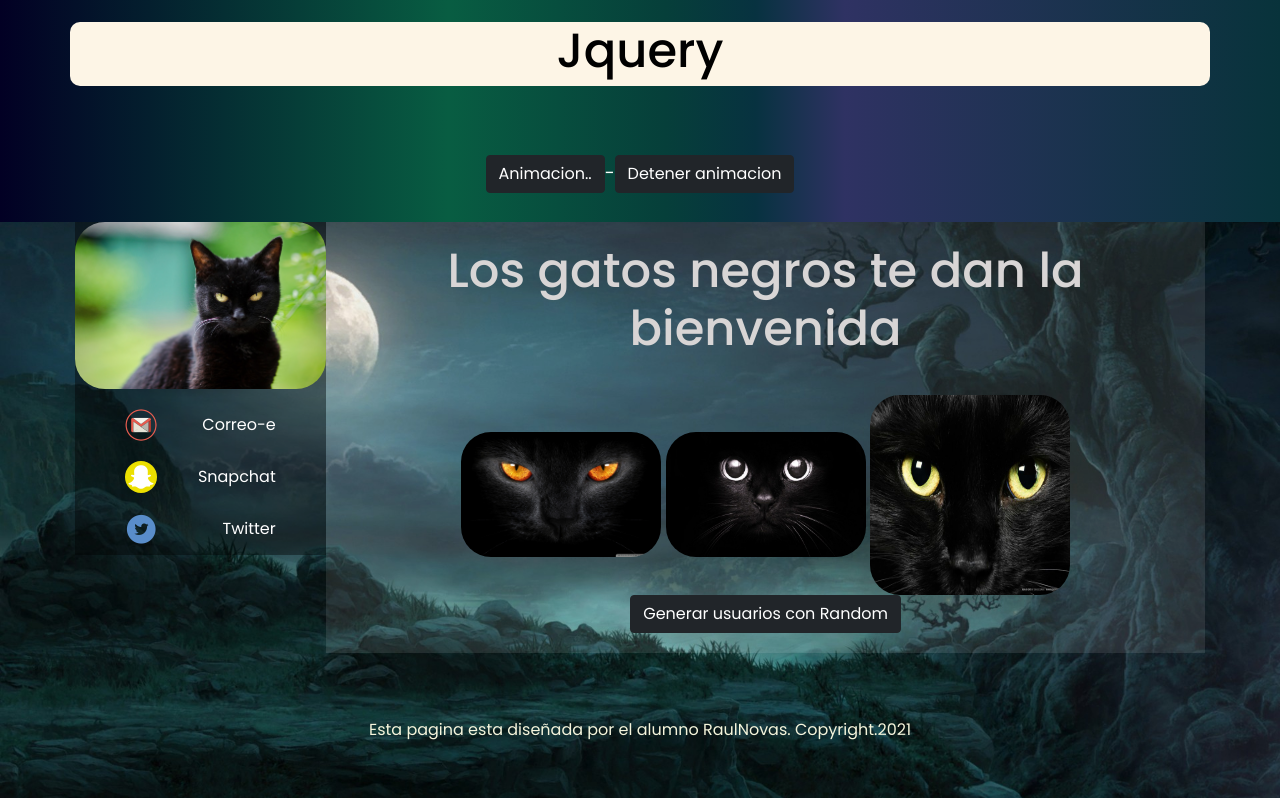
Repository: raul4264/final2
Page: index.html
An editor plug-in stored every save of this project. The page is shown before and after the next save, followed by the edit.
The browser window is 1280 px wide. The pictures show the whole page.

Above is the page before, as saved 2021-07-14 09:16:39.

### index.html
<!doctype html>
<html lang="es">

<head>

    <meta charset="utf-8">
    <meta name="viewport" content="width=device-width, initial-scale=1">


    <!-- Required meta tags -->
    <meta charset="utf-8">
    <meta name="viewport" content="width=device-width, initial-scale=1">

    <!-- Bootstrap CSS -->
    <link href="https://cdn.jsdelivr.net/npm/bootstrap@5.0.2/dist/css/bootstrap.min.css" rel="stylesheet" integrity="sha384-EVSTQN3/azprG1Anm3QDgpJLIm9Nao0Yz1ztcQTwFspd3yD65VohhpuuCOmLASjC" crossorigin="anonymous">
    <script src="https://code.jquery.com/jquery-3.6.0.min.js" integrity="sha256-/xUj+3OJU5yExlq6GSYGSHk7tPXikynS7ogEvDej/m4=" crossorigin="anonymous"></script>
    <link rel="preconnect" href="https://fonts.googleapis.com">
    <link rel="preconnect" href="https://fonts.gstatic.com" crossorigin>
    <link href="https://fonts.googleapis.com/css2?family=Poppins:wght@500&display=swap" rel="stylesheet">
    <link rel="preconnect" href="https://fonts.gstatic.com">
    <link href="https://fonts.googleapis.com/css2?family=Poppins:wght@400;700&display=swap" rel="stylesheet">
    <link href="https://fonts.googleapis.com/icon?family=Material+Icons" rel="stylesheet">

    <link rel="stylesheet" href="style.css">

    <title>raulNovas</title>
</head>


<body class="">
    <div class="container-fluid">

        <!--         <img src="java-script1.jpg" alt="prueba" height="200" />
    </div> -->

        <div class="container" id="cuerpo">
            <h1>Jquery</h1>

            <h2>

            </h2>

        </div>
        <br>

        <br>




        <div id="flip"><button type="button" class="btn btn-dark">Animacion..</button>-<button type="button" class="btn btn-dark" id="stop">Detener animacion</button> </div>
        <br>
        <div id="panel">
            <h2>Grabando en local storage</h2>
            <section id="cajaformulario" class="container-fluid">
                <form name="formulario">
                    <p>Clave:<br><input type="text" name="clave" id="clave"></p>
                    <p>Valor:<br><textarea name="text" id="texto"></textarea></p>
                    <p><input type="button" name="grabar" id="grabar" value="Grabar"></p>
                </form>


            </section>
            <div id="cajadatos" class="container-fluid mb-5">
                <p></p>
            </div>


            <!--     <div id="rule"><button type="button" class="btn btn-dark" id="dos">magia1</button><img src="/images/20210617_151220.jpg" width="200px"></div>

            <div id="java"><button type="button" class="btn btn-dark" id="dos">magia2</button><button type="button" class="btn btn-dark" id="tres">magia3</button>
                <img src="java-script1.jpg" alt="prueba" height="200" />
            </div> -->

            <div class="container">
                <!-- head -->
                <h2>Agenda de contactos</h2>
                <!-- formulario de datos -->
                <div class="formulario-datos">
                    <input type="text" class="nombre" placeholder="nombre">
                    <input type="text" class="numero" placeholder="numero">
                    <input type="text" class="direccion" placeholder="dirección">
                    <button class="btn-agregar-tarea">agregar tarea</button>

                    <!-- listado tareas -->
                    <div class="listado-tareas">


                    </div>
                </div>
            </div>


        </div>





    </div>






    <main class="container-fluid">

        <!-- Sidebar -->
        <aside class="lateral">
            <img src="images/black-cat.jpg" alt="Black Cats Rules!">


             <a href=" mailto:raulnovas4@gmail.com">
                <img src="images/mail.png" alt="Correo-e">
                <span>Correo-e</span>
            </a>
            <a href="https://www.snapchat.com/l/es/">
                <img src="images/snapchat.png" alt="Snapchat">
                <span>Snapchat</span>
            </a>
            <a href="https://twitter.com/home">
                <img src="images/twitter.png" alt="Twitter">
                <span>Twitter</span>
            </a>

        </aside>

        <!-- Contenido -->
        <section class="contenido">
            <h1>Los gatos negros te dan la bienvenida</h1>




            <!-- Thumbnails -->

                <img src="/images/cat1.jpg" width="200vw">
                <img src="/images/cat2.jpg" width="200vw" >
                <img src="/images/cat3.jpg" width="200vw" height="200vh" >

            <br>
            <button type="button" class="btn btn-dark" id="usuarios">Generar usuarios con Random</button>
        </section>

        <footer class="mt-4">
            <p>Esta pagina esta diseñada por el alumno RaulNovas. Copyright.2021</p>

        </footer>
    </main>








    <script src="https://cdn.jsdelivr.net/npm/bootstrap@5.0.1/dist/js/bootstrap.bundle.min.js" integrity="sha384-gtEjrD/SeCtmISkJkNUaaKMoLD0//ElJ19smozuHV6z3Iehds+3Ulb9Bn9Plx0x4" crossorigin="anonymous">
    </script>

    <script src="funciones.js"></script>
    <script src="clasecuatro.js"></script>
</body>

</html>

### style.css
* {
    margin: 0;
    padding: 0;
}

body {
    background: linear-gradient(90deg, rgba(2, 0, 36, 1) 0%, rgba(8, 93, 66, 1) 35%, rgb(6, 63, 58) 52%, rgba(7, 50, 64, 1) 59%, rgba(47, 50, 99, 1) 66%, rgb(8, 51, 59) 100%);
    ;
    text-align: center;
    color: beige;
    font-family: 'Poppins', sans-serif;
}

h1 {
    font-size: 3em;
    padding-bottom: 1vh;
}

#cuerpo {
    background-color: oldlace;
    color: black;
    margin-top: 3vh;
    border-radius: 10px;
    -webkit-border-radius: 10px;
    -moz-border-radius: 10px;
    -ms-border-radius: 10px;
    -o-border-radius: 10px;
}

#cajaformulario {
    padding: 20px;
    border: 1px solid #999999;
}

div #cajadatos {
    width: 400px;
    padding: 20px;
    border: 1px solid #999999;
    text-align: center;
}

#clave,
#texto {
    width: 150px;
}

#panel,
#flip {
    padding: 5px;
    font-size: 18px;
    text-align: center;
    color: white;
    border-radius: 3px;
}

#panel {
    padding: 50px;
    display: none;
}

img {
    border-radius: 30px;
    -webkit-border-radius: 30px;
    -moz-border-radius: 30px;
    -ms-border-radius: 30px;
    -o-border-radius: 30px;
}

#rule {
    background: #98bf21;
    height: 100px;
    width: 100px;
    position: absolute;
    margin-left: 40px;
}


/*......................................................*/

main {
    background-image: url(/images/fondo.jpg);
    background-position: center center;
    background-size: cover;
    display: flex;
    justify-content: center;
    align-items: flex-start;
}


/* Contenedor principal */

main {
    width: 900px;
    height: 80vh;
    display: flex;
    flex-wrap: wrap;
}

main>* {
    order: 999;
}

.lateral {
    background-color: rgba(0, 0, 0, .4);
    flex-basis: 20%;
    display: flex;
    flex-direction: column;
    align-items: center;
    justify-content: flex-start;
}

.lateral>img {
    max-width: 100%;
    margin-bottom: 20px;
}

.lateral a {
    width: 60%;
    display: flex;
    align-items: center;
    justify-content: space-between;
    text-decoration: none;
    color: white;
    margin: 10px 0;
}

.lateral a:first-of-type {
    margin-top: auto;
}


/* Contenido */

.contenido {
    background-color: rgba(255, 255, 255, .1);
    flex-basis: 70%;
    padding: 20px;
}

.contenido h1 {
    margin-top: 0;
    font-size: 3em;
    font-family: 'Poppins', sans-serif;
    margin-bottom: 30px;
    color: rgb(216, 213, 213);
}

.contenido ul {
    display: flex;
    justify-content: space-between;
    flex-wrap: wrap;
    list-style: none;
    margin: 0;
    padding: 0;
}

.contenido ul li {
    flex-basis: 30%;
    height: 200px;
    background-position: center center;
    background-size: cover;
}

/* .contenido ul li:first-of-type {
    background-image: url(../images/cat1.jpg);
}

.contenido ul li:nth-child(2) {
    background-image: url(../images/cat2.jpg);
}

.contenido ul li:last-of-type {
    background-image: url(../images/cat3.jpg);
} */


/* Respond */

@media (max-width: 705px) {
    body {
        align-items: flex-start;
    }
    main {
        margin: 20px;
    }
    .lateral,
    .contenido {
        flex-basis: 100%;
    }
    .contenido {
        order: 1;
    }
    .lateral {
        order: 2;
    }
}


/* Util */

.dev {
    border: 1px solid red;
}


/*lllllllllllllllllllllllllllllllllllllllllllllllllllllllllllllll*/

.container h2 {
    margin-bottom: 1rem;
    font-size: 2.3rem;
}

.formulario-datos {
    display: block;
    width: 50%;
    margin: 1rem auto;
    display: flex;
    flex-direction: column;
}

.formulario-datos input {
    margin: 1rem 0rem;
    line-height: 3rem;
    background: none;
    outline: 0;
    border: 0;
    color: oldlace;
}

.formulario-datos input:active {
    border-bottom: 1px solid dodgerblue;
}

.formulario-datos input:focus {
    border-bottom: 1px solid dodgerblue;
}

.formulario-datos button {
    margin: 1rem 0rem;
    background-color: dodgerblue;
    border: 0;
    outline: 0;
    height: 3rem;
    border-radius: 5px;
    color: oldlace;
    -webkit-border-radius: 5px;
    -moz-border-radius: 5px;
    -ms-border-radius: 5px;
    -o-border-radius: 5px;
}

.listado-tareas {
    display: flex;
    flex-direction: column;
}

.tarea {
    display: flex;
    flex-direction: row;
    justify-content: space-between;
    height: 4rem;
}

.icono {
    color: tomato;
    cursor: pointer;
}

### funciones.js
const guardarContacto = (db, contacto) => {
    db.setItem(contacto.id, JSON.stringify(contacto))
    window.location.href = '/'

}
const cargarContactos = (db, parentNode, ) => {
    let claves = Object.keys(db)

    for (clave of claves) {
        let contacto = JSON.parse(db.getItem(clave))
        crearContacto(parentNode, contacto, db)
    }

}
const crearContacto = (parentNode, contacto, db) => {
    let divContacto = document.createElement('div')
    let nombreContacto = document.createElement('p')
    let numeroContacto = document.createElement('p')
    let direccionContacto = document.createElement('p')
    let iconoBorrar = document.createElement('span')

    nombreContacto.innerHTML = contacto.nombre
    numeroContacto.innerHTML = contacto.numero
    direccionContacto.innerHTML = contacto.direccion
    iconoBorrar.innerHTML = 'delete_forever'

    divContacto.classList.add('tarea')
    iconoBorrar.classList.add('material-icons', 'icono')


    iconoBorrar.onclick = () => {
        db.removeItem(contacto.id)
        window.location.href = '/'
    }

    divContacto.appendChild(nombreContacto)
    divContacto.appendChild(numeroContacto)
    divContacto.appendChild(direccionContacto)
    divContacto.appendChild(iconoBorrar)

    parentNode.appendChild(divContacto)
}

### clasecuatro.js
function iniciar() {
    var boton = document.getElementById('grabar');
    boton.addEventListener('click', nuevoitem, false);
    mostrar();
}

function nuevoitem() {
    var clave = document.getElementById('clave').value;
    var valor = document.getElementById('texto').value;
    sessionStorage.setItem(clave, valor);
    mostrar();
    document.getElementById('clave').value = '';
    document.getElementById('texto').value = '';
}

function mostrar() {
    var cajadatos = document.getElementById('cajadatos');
    cajadatos.innerHTML = '<div><button onclick="eliminarTodo()">Eliminar Todo</button></div>';
    for (var f = 0; f < sessionStorage.length; f++) {
        var clave = sessionStorage.key(f);
        var valor = sessionStorage.getItem(clave);
        cajadatos.innerHTML += '<div>' + clave + ' - ' + valor + '<br><button onclick="eliminar(\'' + clave + '\')">Eliminar</button></div>';
    }
}

function eliminar(clave) {
    if (confirm('Está Seguro?')) {
        sessionStorage.removeItem(clave);
        mostrar();
    }
}

function eliminarTodo() {
    if (confirm('Está Seguro?')) {
        sessionStorage.clear();
        mostrar();
    }
}
window.addEventListener('load', iniciar, false)


/**...........jquery......................... */

$(document).ready(function() {




    $("#flip").click(function() {
        $("#panel").slideDown(5000);
    });
    $("#stop").click(function() {
        $("#panel").stop();
    });

    $("#dos").click(function() {
        $("div").animate({ right: '200px' });
    });
    // $('#java').slideToggle('slow');
    $('#java').on('click', function() {
        $('#java').css('background-color', 'black');
    })
    $("#tres").click(function() {
        // $('#java').slideToggle('slow');
        $("#rule").delay("slow").slideToggle('slow');
        $("#java").delay("slow").slideToggle('slow');

    });


    /*  $.ajax('social.html', {

         success: function(respuesta) {
             $('.lateral').append($(respuesta))

         }

     })*/

  /*   $.get('social.html', function(respuesta) {
        $('.lateral').append($(respuesta))
    }) */



    $("#usuarios").click(function() {
        $("main").fadeIn('slow')
        $.getJSON('https://randomuser.me/api/?results=500')
            .then(function(respuesta) {

                respuesta.results.forEach(function(persona) {
                    console.log(persona.picture.thumbnail);
                    $('<img>')
                        .attr('src', persona.picture.thumbnail)
                        .appendTo('.contenido');
                });



            });
    });


});
/**....................................................... */
const nombre = document.querySelector('.nombre')
const numero = document.querySelector('.numero')
const direccion = document.querySelector('.direccion')
const btnAgregarTarea = document.querySelector('.btn-agregar-tarea')

const listadoTareas = document.querySelector('.listado-tareas')

const db = window.localStorage

btnAgregarTarea.onclick = () => {
    let contacto = {
        id: Math.random(1, 1000),
        nombre: nombre.value,
        numero: numero.value,
        direccion: direccion.value,
    }

    guardarContacto(db, contacto);

}
cargarContactos(db, listadoTareas)

After the next save:
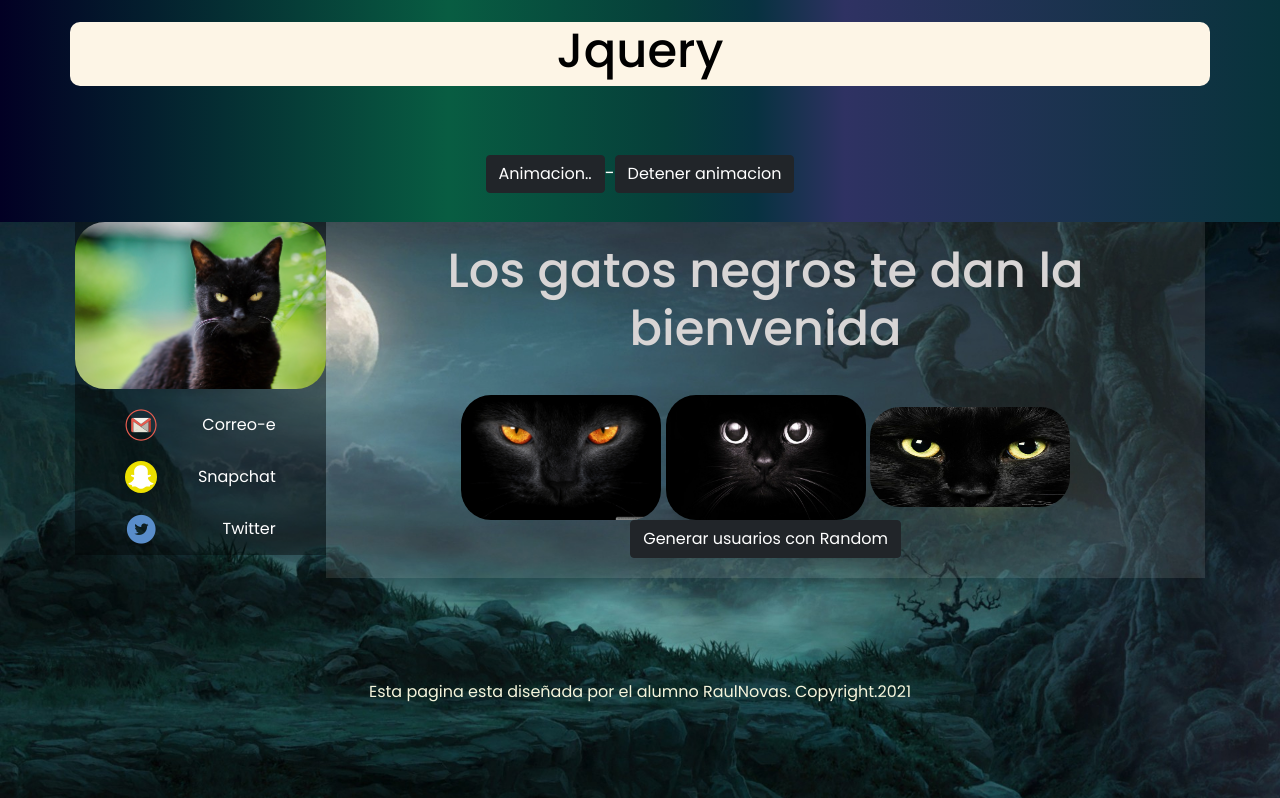
Saved 11 s later.
--- a/index.html
+++ b/index.html
@@ -137,7 +137,7 @@
 
                 <img src="/images/cat1.jpg" width="200vw">
                 <img src="/images/cat2.jpg" width="200vw" >
-                <img src="/images/cat3.jpg" width="200vw" height="200vh" >
+                <img src="/images/cat3.jpg" width="200vw" height="100vh" >
 
             <br>
             <button type="button" class="btn btn-dark" id="usuarios">Generar usuarios con Random</button>
